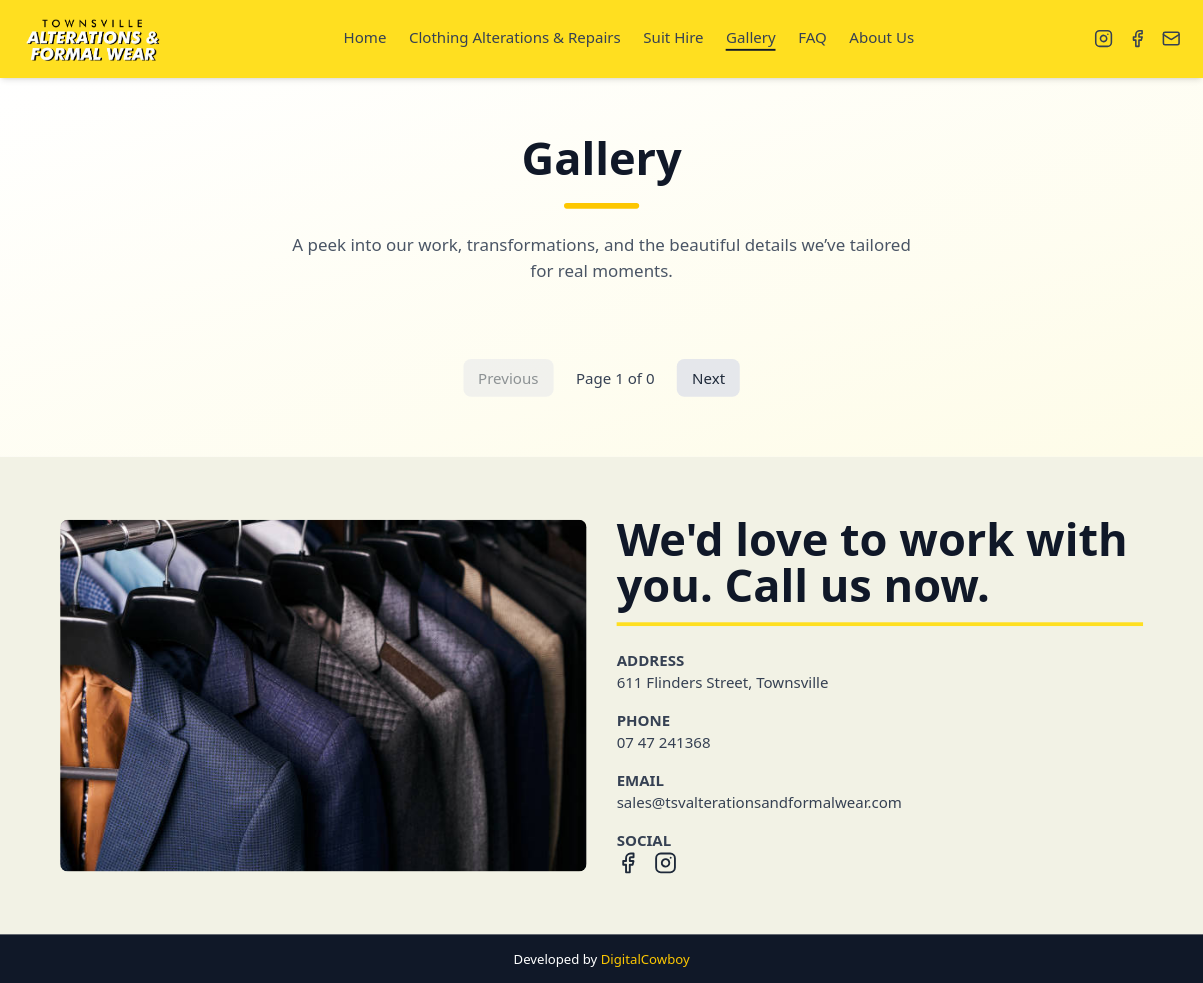
Repository: tarekhasan1/townsville-alteration
Page: /gallery
These files come from the project's save history. The page is drawn as it stood at one moment and after a run of saves; the edit follows.
The browser window is 1280 px wide. The pictures show the whole page, at 94% of full size.
The page's requests for data from a server got no answer. The project was rebuilt for these pictures with package versions that can differ from the ones it lists, and the page was loaded fresh each time. The framework's server and built-in components were replaced by stand-ins that run in the browser. No one was signed in, and anything a server would have sent is missing. Also part of the build but not shown: next.config.ts.

Above is the page before, as saved 2026-01-20 15:51:37.

After the next 2 saves:
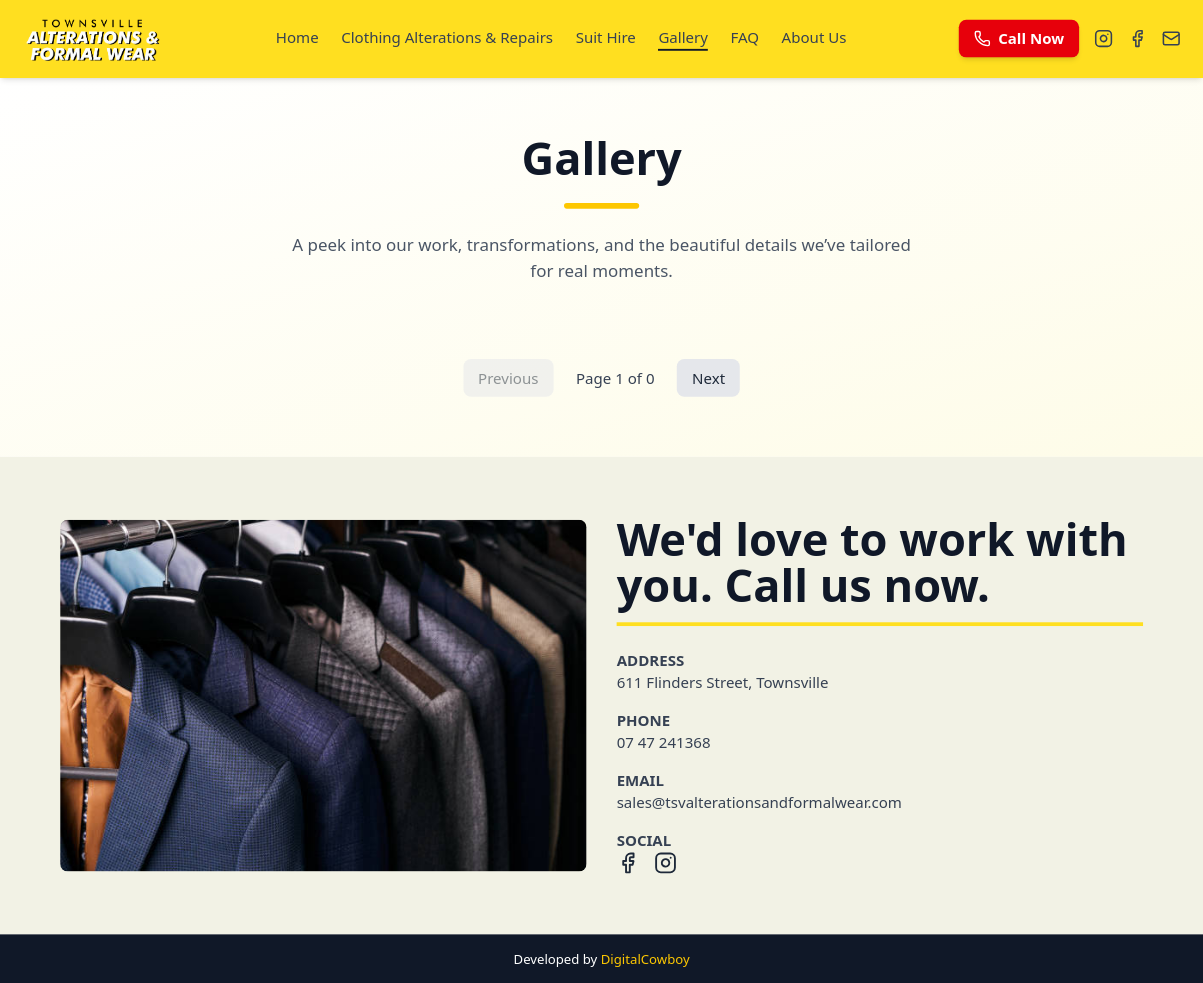
The 2 saves are shown as one change because 1 did not build or start.
The last was saved 12 min 54 s later.
--- a/src/components/Navbar.tsx
+++ b/src/components/Navbar.tsx
@@ -3,7 +3,7 @@
 import { useState } from "react";
 import { usePathname } from "next/navigation";
 import Link from "next/link";
-import { Menu, X } from "lucide-react";
+import { Menu, X, Phone } from "lucide-react";
 import { Instagram, Facebook, Mail } from "lucide-react";
 import clsx from "clsx";
 import Image from "next/image";
@@ -23,9 +23,15 @@ const NAV_ITEMS = [
     },
 ];
 
+const PHONE_NUMBER = "0421929683";
+
 export default function Navbar() {
     const [isOpen, setIsOpen] = useState(false);
     const pathname = usePathname();
+
+    const handleCallClick = () => {
+        window.location.href = `tel:${PHONE_NUMBER}`;
+    };
 
     return (
         <header
@@ -80,8 +86,18 @@ export default function Navbar() {
                     ))}
                 </nav>
 
-                {/* Right Section: Social Media and Contact Icons */}
+                {/* Right Section: Call Now Button, Social Media and Contact Icons */}
                 <div className="flex items-center space-x-4">
+                    {/* Call Now Button */}
+                    <button
+                        onClick={handleCallClick}
+                        className="flex items-center space-x-2 bg-red-600 hover:bg-red-700 text-white px-4 py-2 rounded-lg font-semibold transition-all duration-200 shadow-md hover:shadow-lg"
+                        aria-label="Call now"
+                    >
+                        <Phone size={18} />
+                        <span className="hidden sm:inline">Call Now</span>
+                    </button>
+
                     <a
                         target="_blank"
                         href="https://www.instagram.com/tsvalterationformal?igsh=bXJkaXp3eXN4Yml2"
@@ -134,6 +150,19 @@ export default function Navbar() {
                             {item.name}
                         </Link>
                     ))}
+
+                    {/* Mobile Call Now Button */}
+                    <button
+                        onClick={() => {
+                            handleCallClick();
+                            setIsOpen(false);
+                        }}
+                        className="flex items-center justify-center space-x-2 bg-red-600 hover:bg-red-700 text-white px-4 py-3 rounded-lg font-semibold transition-all duration-200 shadow-md mt-4"
+                        aria-label="Call now"
+                    >
+                        <Phone size={20} />
+                        <span>Call Now: {PHONE_NUMBER}</span>
+                    </button>
                 </nav>
             )}
         </header>
